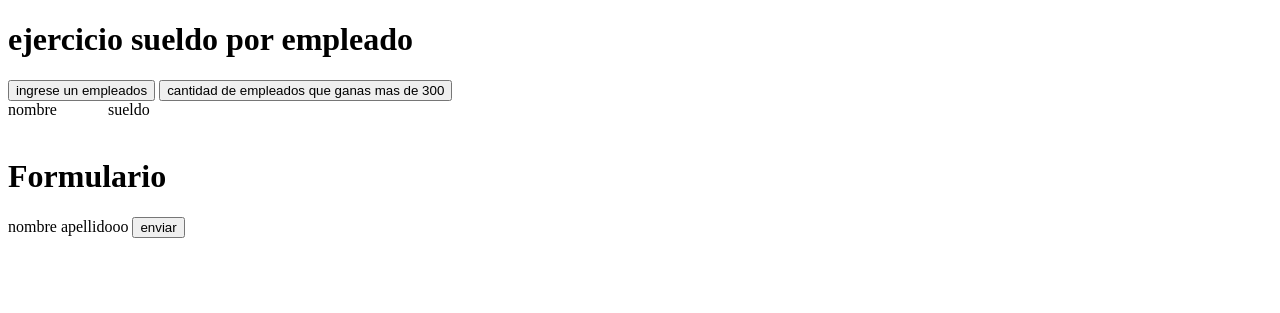
Repository: wolfmarcos/Ej-FormSesionEmpleados
Page: sueldoempleado.html
An editor plug-in stored every save of this project. The page is shown before and after the next save, followed by the edit.
The browser window is 1280 px wide. The pictures show the whole page.

Above is the page before, as saved 2022-07-26 13:29:31.

### sueldoempleado.html
<!DOCTYPE html>
<html lang="en">
<head>
    <meta charset="UTF-8">
    <meta http-equiv="X-UA-Compatible" content="IE=edge">
    <meta name="viewport" content="width=device-width, initial-scale=1.0">
    <link rel="stylesheet" href="ej1.css">
    <title>Document</title>
</head>
<body>
    <h1>ejercicio sueldo por empleado</h1>
    <button id="agregarHTML">ingrese un empleados</button>

    <button id="empleadosMas300">cantidad de empleados que ganas mas de 300 </button>

    <div class="contenedorR">
        <div>nombre</div>
        <div>sueldo</div>
        <div class="datos"></div>

</div>


    <script src="ej1.js"></script>
</body>

<div>
<br>

<h1>Formulario</h1>
    <form action="./ej1.js" name="form" method="post">
<leibel>nombre</leibel>
<imput type="text" maxlengt="30" placeholder="nombre">

<leibel>apellidooo</leibel>
<imput type="text">

<button type="submit"> enviar</button>
    </form>


</div>



</html>

### ej1.css
.contenedorR{ display: grid;

    grid-template-columns: repeat(2 ,100px)}

### ej1.js
// En una empresa trabajan n empleados cuyos  nombre y sueldo se carga por un formulario desde el celular. sueldos oscilan entre $100 y $500,
//  realizar un programa que lea los sueldos que cobra cada empleado e informe cuántos empleados cobran menos de  $200  en una tabla y mas de $300  en otra tabla
//  recuerde cargar los datos como  un nuevo objeto. Además el programa deberá informar el importe que gasta la empresa en sueldos total del personal.
let aprobados = 0;
let i= 0;
let repeticion = true;
resu=document.querySelector(".contenedorR2")

datos=document.querySelector(".datos")
// let arrayDesaprobados = []
const empleados = [];
let resud="";

// let emp = new Empleados;
document.querySelector("#agregarHTML").addEventListener("click", (e) => {


    while(repeticion == true){
        let nombre= prompt("empleado: ");
        let sueldo= parseInt(prompt("sueldo: "));
        //   empleados[i]=[nombre,sueldo,(i+"pepito") ] ;
        //  empleados[i].push(nombre,sueldo );
        empleados[i]={nomebres:nombre,sueldos:sueldo,id:(i+"pepito") }
        i = i + 1;
        repeticion=confirm("ingresar otro  empleado")
    };
    //   Object.values()
    for (let cada of empleados){console.log(cada.sueldos);};


});


// empleados.forEach( cada => console.log( cada["nomebres"]));


document.querySelector("#empleadosMas300").addEventListener("click", (e) => {
    console.log(typeof empleados[0].sueldos)
const emas300= empleados.filter((x)=>x.sueldos>300)
console.log(emas300)
for (let cada of emas300){console.log( cada[1]);};


for (n of emas300){
    resud+= `<div>${n.nomebres}</div>  <div>${n.sueldos}</div>`
    // '<div>'+n.nomebres+'</div>'+'<div>'+n.sueldos+'</div>'
    ___________________________
    //     <div>${n.nomebres}</div>
    //      <div>${n.sueldos}</div>
    ___________________________

console.log(resud)

}
___________________________
// datos.outerHTML=
// `<div class="contenedorR">
// <div>nombre</div>
// <div>sueldo</div>
// ${resud}
// </div>`
___________________________
datos.outerHTML=resud;



})



 // let sueldo= parseFloat(prompt("suldo: "));
        //  new emp(nombre,sueldo)

// console.log("aprobaron: " + aprobados)
// console.log(arrayAprobados);
// console.log("desaprobaron: " + desaprobados)
// console.log(arrayDesaprobados);

After the next save:
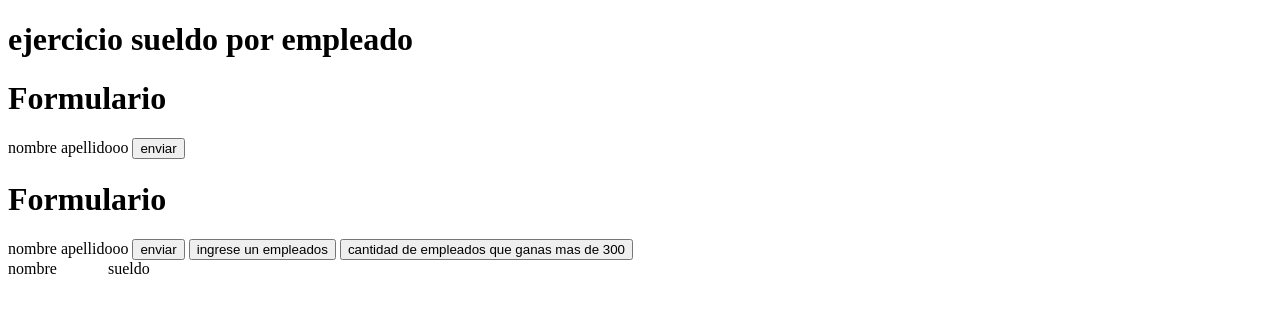
Saved 11 s later.
--- a/sueldoempleado.html
+++ b/sueldoempleado.html
@@ -1,5 +1,6 @@
 <!DOCTYPE html>
 <html lang="en">
+
 <head>
     <meta charset="UTF-8">
     <meta http-equiv="X-UA-Compatible" content="IE=edge">
@@ -7,8 +8,35 @@
     <link rel="stylesheet" href="ej1.css">
     <title>Document</title>
 </head>
+
 <body>
     <h1>ejercicio sueldo por empleado</h1>
+
+
+    <h1>Formulario</h1>
+    <form action="./ej1.js" name="form" method="post">
+        <leibel>nombre</leibel>
+        <leibel>apellidooo</leibel>
+        <imput type="text"/>
+
+            <button type="submit"> enviar</button>
+    </form>
+
+
+    <h1>Formulario</h1>
+    <form action="./ej1.js" name="form" method="post">
+<leibel>nombre</leibel>
+
+
+<leibel>apellidooo</leibel>
+<imput type="text">
+
+<button type="submit"> enviar</button>
+    </form>
+
+
+
+
     <button id="agregarHTML">ingrese un empleados</button>
 
     <button id="empleadosMas300">cantidad de empleados que ganas mas de 300 </button>
@@ -18,25 +46,16 @@
         <div>sueldo</div>
         <div class="datos"></div>
 
-</div>
+    </div>
 
 
     <script src="ej1.js"></script>
 </body>
 
 <div>
-<br>
+    <br>
 
-<h1>Formulario</h1>
-    <form action="./ej1.js" name="form" method="post">
-<leibel>nombre</leibel>
-<imput type="text" maxlengt="30" placeholder="nombre">
 
-<leibel>apellidooo</leibel>
-<imput type="text">
-
-<button type="submit"> enviar</button>
-    </form>
 
 
 </div>
